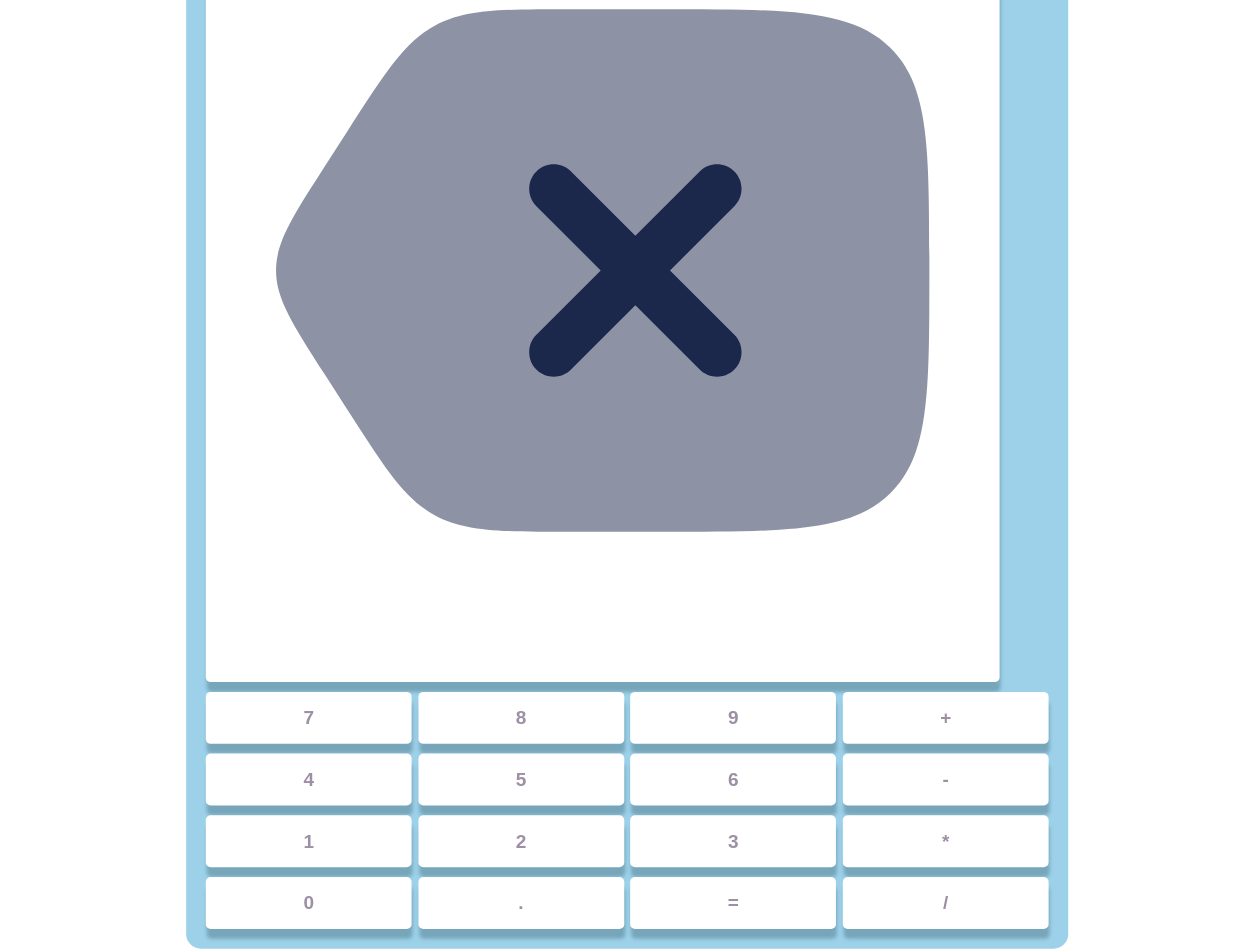
Repository: sem1103/calculator
Page: index.html
An editor plug-in stored every save of this project. The page is shown before and after the next save, followed by the edit.
The browser window is 1280 px wide. The pictures show the whole page, at 98% of full size.

Above is the page before, as saved 2023-11-02 11:56:25.

### index.html
<!DOCTYPE html>
<html lang="en">

<head>
    <meta charset="UTF-8">
    <meta name="viewport" content="width=device-width, initial-scale=1.0">
    <title>Calc</title>
    <style>
        * {
            box-sizing: border-box;
            font: bold 1.1rem arial;
        }

        .calc__container {
            display: flex;
            justify-content: center;
            height: 100vh;
            align-items: center;
        }

        .calc__wrapper {
            max-width: 900px;
            background-color: #9cd1e9;
            padding: 20px;
            border-radius: 15px;
        }

        .calc__display {
            box-shadow: inset 0px 8px 4px 0px #658695;
            background-color: #7da8ba;
            width: 50%;
            border-radius: 10px;
            border: 0;
            outline: 0;
            text-align: right;
            font-size: 1.2rem;
            color: #fff;
        }

        .calc__main,
        .calc__header {
            display: flex;
            flex-direction: row;
            flex-wrap: wrap;
            justify-content: space-between;
            row-gap: 10px;
            column-gap: 5px;

        }

        .calc__header {
            margin: 10px 0;
        }

        button {
            padding: 15px 5px;
            text-align: center;
            background-color: #fff;
            box-shadow: 1px 10px 4px #77a6bb;
            flex-basis: calc(25% - 5px);
            border: 0;
            border-radius: 5px;
            cursor: pointer;
            color: #9d8fa4;
            transition: all .1s ease-in-out;
        }

        button:active {
            box-shadow: 1px 0 4px #77a6bb;
            transform: translate(0, 3px);
        }

        button:hover {
            background-color: #d1d1d1;
        }

        .active{
            box-shadow: 1px 0 4px #77a6bb;
            transform: translate(0, 3px);
            background-color: #d1d1d1;
        }

    </style>
</head>

<body>
    <div class="calc__container">
        <div class="calc__wrapper">
            <div class="calc__header">
                <button onclick="clearDisplay()">C</button>
                <input id="display" class="calc__display" type="text" placeholder="0" oninput="setValueHandle(this)">

                </input>
                 <button class="backspace" onclick="backspace()">
                    <svg width="800px" height="800px" viewBox="0 0 24 24" fill="none" xmlns="http://www.w3.org/2000/svg">
                        <path opacity="0.5" d="M6.87114 19.4986C7.80085 20 8.91458 20 11.142 20H13.779C17.6544 20 19.5921 20 20.7961 18.8284C22 17.6569 22 15.7712 22 12C22 8.22876 22 6.34315 20.7961 5.17157C19.5921 4 17.6544 4 13.779 4H11.142C8.91458 4 7.80085 4 6.87114 4.50143C5.94144 5.00286 5.35117 5.92191 4.17061 7.76001L3.48981 8.82001C2.4966 10.3664 2 11.1396 2 12C2 12.8604 2.4966 13.6336 3.48981 15.18L4.17061 16.24C5.35117 18.0781 5.94144 18.9971 6.87114 19.4986Z" fill="#1C274C"/>
                        <path d="M11.0303 8.96967C10.7374 8.67678 10.2626 8.67678 9.96967 8.96967C9.67678 9.26256 9.67678 9.73744 9.96967 10.0303L11.9394 12L9.96969 13.9697C9.6768 14.2626 9.6768 14.7374 9.96969 15.0303C10.2626 15.3232 10.7375 15.3232 11.0304 15.0303L13 13.0607L14.9696 15.0303C15.2625 15.3232 15.7374 15.3232 16.0303 15.0303C16.3232 14.7374 16.3232 14.2625 16.0303 13.9697L14.0607 12L16.0303 10.0304C16.3232 9.73746 16.3232 9.26258 16.0303 8.96969C15.7374 8.6768 15.2626 8.6768 14.9697 8.96969L13 10.9394L11.0303 8.96967Z" fill="#1C274C"/>
                        </svg>
                </button>
            </div>
            <div class="calc__main">
                <button onkeydown="test(this)" onclick="setValueHandle(this)">7</button>
                <button onclick="setValueHandle(this)">8</button>
                <button onclick="setValueHandle(this)">9</button>
                <button onclick="setValueHandle(this)">+</button>
                <button onclick="setValueHandle(this)">4</button>
                <button onclick="setValueHandle(this)">5</button>
                <button onclick="setValueHandle(this)">6</button>
                <button onclick="setValueHandle(this)">-</button>
                <button onclick="setValueHandle(this)">1</button>
                <button onclick="setValueHandle(this)">2</button>
                <button onclick="setValueHandle(this)">3</button>
                <button onclick="setValueHandle(this)">*</button>
                <button onclick="setValueHandle(this)">0</button>
                <button onclick="setValueHandle(this)">.</button>
                <button onclick="calcSumm()">=</button>
                <button onclick="setValueHandle(this)">/</button>
            </div>
        </div>
    </div>


    <script>
        let calcDisplay = document.getElementById('display');
        let buttons = document.querySelectorAll('button');

        function setValueHandle(e) {

            if (/[a-zA-Zа-яА-ЯёЁ]/.test(calcDisplay.value)) {
                console.log(1);
                calcDisplay.value = e.value;
                return;
            }else if(/\b0+\d+/.test(calcDisplay.value) || /^[+\*/]/.test(calcDisplay.value)){
                calcDisplay.value = 'Ошибка!';
                return;
            }
            calcDisplay.value += e.innerHTML;

        }

        function clearDisplay() {
            calcDisplay.value = '';
        }

        function calcSumm() {
            let value = calcDisplay.value;


            value = value.replace(/\s/g, '');
            let operators = value.split('').filter(item => {
                if (item == '+' || item == '-' || item == '*' || item == '/') return item;
            })
            let numbers = value.split(/[+\-*/]/);
            let result = +numbers[0];

            console.log(operators);
            console.log(numbers);
            if (numbers[numbers.length - 1] == '') {
                calcDisplay.value = 'Ошибка!';
                return;
            }else if(/[\+\-\*\/]{2,}/.test(calcDisplay.value) ){
                calcDisplay.value = 'Две математических операции!';
                return;
            }



            operators.forEach((item, index) => {
                if (item == '+') {
                    result += +numbers[index + 1]
                } else if (item == '-') {
                    result -= numbers[index + 1]
                } else if (item == '/') {
                    if (+numbers[index + 1] === 0) {
                        calcDisplay.value = 'На ноль делить нельзя!!';
                        throw new Error('infiniti');
                    } else result /= numbers[index + 1];

                } else result *= numbers[index + 1]
            });
            calcDisplay.value = result;

        }


        document.body.addEventListener('keydown', (e) =>{
            if(e.key >=0 && e.key <= 9 || ['+','-','*','/','.'].includes(e.key)){
                buttons.forEach(item => {
                    if(item.innerHTML == e.key){
                        setValueHandle(item);
                        item.classList.add('active');
                        item.addEventListener('transitionend', () =>{
                        item.classList.remove('active')
                        })
                    }
                })
            }
        });
    </script>
</body>

</html>

After the next save:
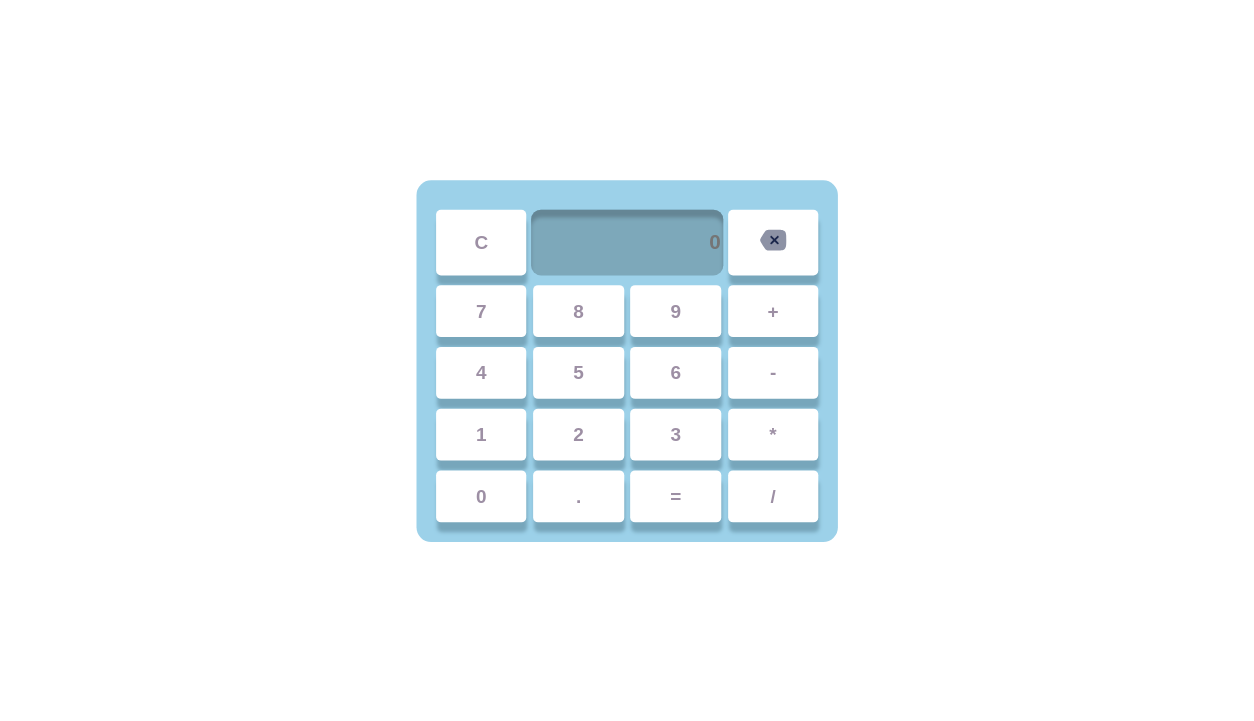
Saved 14 s later.
--- a/index.html
+++ b/index.html
@@ -92,7 +92,7 @@
 
                 </input>
                  <button class="backspace" onclick="backspace()">
-                    <svg width="800px" height="800px" viewBox="0 0 24 24" fill="none" xmlns="http://www.w3.org/2000/svg">
+                    <svg width="32px" height="32px" viewBox="0 0 24 24" fill="none" xmlns="http://www.w3.org/2000/svg">
                         <path opacity="0.5" d="M6.87114 19.4986C7.80085 20 8.91458 20 11.142 20H13.779C17.6544 20 19.5921 20 20.7961 18.8284C22 17.6569 22 15.7712 22 12C22 8.22876 22 6.34315 20.7961 5.17157C19.5921 4 17.6544 4 13.779 4H11.142C8.91458 4 7.80085 4 6.87114 4.50143C5.94144 5.00286 5.35117 5.92191 4.17061 7.76001L3.48981 8.82001C2.4966 10.3664 2 11.1396 2 12C2 12.8604 2.4966 13.6336 3.48981 15.18L4.17061 16.24C5.35117 18.0781 5.94144 18.9971 6.87114 19.4986Z" fill="#1C274C"/>
                         <path d="M11.0303 8.96967C10.7374 8.67678 10.2626 8.67678 9.96967 8.96967C9.67678 9.26256 9.67678 9.73744 9.96967 10.0303L11.9394 12L9.96969 13.9697C9.6768 14.2626 9.6768 14.7374 9.96969 15.0303C10.2626 15.3232 10.7375 15.3232 11.0304 15.0303L13 13.0607L14.9696 15.0303C15.2625 15.3232 15.7374 15.3232 16.0303 15.0303C16.3232 14.7374 16.3232 14.2625 16.0303 13.9697L14.0607 12L16.0303 10.0304C16.3232 9.73746 16.3232 9.26258 16.0303 8.96969C15.7374 8.6768 15.2626 8.6768 14.9697 8.96969L13 10.9394L11.0303 8.96967Z" fill="#1C274C"/>
                         </svg>
